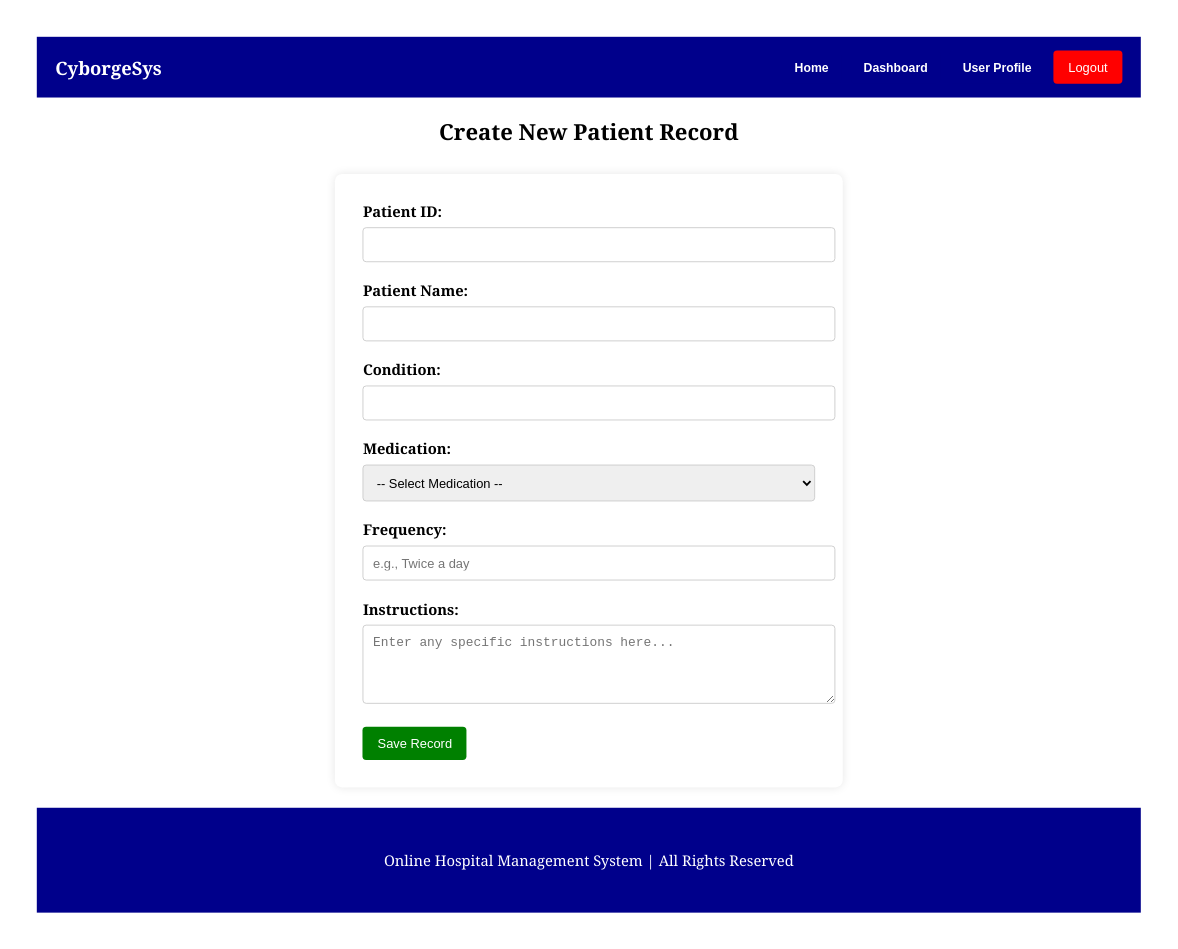
Repository: BinuriJ/HospitalSystem
Page: http://localhost/CyborgSys/DocDashCreate.jsp
These files come from the project's save history. The page is drawn as it stood at one moment and after the next save; the edit follows.
The browser window is 1280 px wide. The pictures show the whole page, at 92% of full size.
The page is served by Tomcat 9.

Above is the page before, as saved 2025-05-10 05:54:49.

### CyborgSys/WebContent/DocDashCreate.jsp
<%@ page language="java" contentType="text/html; charset=UTF-8"
    pageEncoding="UTF-8"%>
<!DOCTYPE html>
<%@ include file="DocterDashboardstyles.jsp" %>
<html>
<head>
<meta charset="UTF-8">
<title>Create new record</title>
<style>
    	<jsp:include page="footerCss.jsp" />
</style>
</head>

<body>

<jsp:include page="header.jsp" />

<h2>Create New Patient Record</h2>

<form action="submitRecord.jsp" method="post">
    <label for="patientId">Patient ID:</label>
    <input type="text" id="patientId" name="patientId" required>

    <label for="patientName">Patient Name:</label>
    <input type="text" id="patientName" name="patientName" required>

    <label for="condition">Condition:</label>
    <input type="text" id="condition" name="condition" required>

    <label for="medication">Medication:</label>
    <select id="medication" name="medication" required>
        <option value="">-- Select Medication --</option>
        <option value="Paracetamol">Paracetamol</option>
        <option value="Ibuprofen">Ibuprofen</option>
        <option value="Amoxicillin">Amoxicillin</option>
        <option value="Azithromycin">Azithromycin</option>
    </select>

    <label for="frequency">Frequency:</label>
    <input type="text" id="frequency" name="frequency" placeholder="e.g., Twice a day" required>

    <label for="instructions">Instructions:</label>
    <textarea id="instructions" name="instructions" rows="4" cols="40" placeholder="Enter any specific instructions here..."></textarea>

    <button class="btn btn-submit" type="submit">Save Record</button>
</form>

<br>

 <jsp:include page="footer.jsp" />

</body>
</html>

### CyborgSys/WebContent/DocterDashboardstyles.jsp
<style>
body {
    font-family: Cambria, sans-serif;
    padding: 40px;
    margin: 0;
    background-color: white;
}

.top-bar {
    background-color: darkblue;
    color: white;
    padding: 15px 20px;
    display: flex;
    justify-content: space-between;
    align-items: center;
}

.container {
    padding: 20px;
}

.header {
    display: flex;
    justify-content: space-between;
    align-items: center;
    margin-bottom: 20px;
}

.btn {
    padding: 10px 16px;
    border: none;
    border-radius: 4px;
    cursor: pointer;
    font-size: 14px;
}

.btn-create {
    background-color: green;
    color: white;
}

.btn-create:hover {
    background-color: darkgreen;
}

.btn-edit {
    background-color: green;
    color: white;
}

.btn-edit:hover {
    background-color: darkgreen;
}

.btn-delete {
    background-color: red;
    color: white;
}

.btn-delete:hover {
    background-color: darkred;
}

.btn-submit {
    background-color: green;
    color: white;
}

.btn-submit:hover {
    background-color: darkgreen;
}


table {
    width: 100%;
    border-collapse: collapse;
    background-color: white;
}

th, td {
    border: 1px solid #ddd;
    padding: 12px;
    text-align: center;
}

th {
    background-color: #f2f2f2;
}

.actions {
    display: flex;
    gap: 10px;
}

h2 {
    text-align: center;
    margin-bottom: 30px;
    color: black;
}

form {
    max-width: 500px;
    margin: 0 auto;
    background-color: white;
    padding: 30px;
    border-radius: 8px;
    box-shadow: 0 0 10px rgba(0,0,0,0.1);
}

label {
    display: block;
    margin-bottom: 6px;
    font-weight: bold;
    color: black;
}

input[type="text"],
select,
textarea {
    width: 100%;
    padding: 10px;
    margin-bottom: 20px;
    border: 1px solid #ccc;
    border-radius: 4px;
    font-size: 14px;
}

textarea {
    resize: vertical;
}








</style>

### CyborgSys/WebContent/footerCss.jsp
<style>

html, body {
    height: 100%; /* Make the html and body take full height of the viewport */
}

body {
    display: flex;
    flex-direction: column; /* Use flexbox to arrange content vertically */
    min-height: 100vh; /* Make body take the full height of the viewport */
}

.container {
    flex: 1; /* Let the main content expand to fill the available space */
}

footer {
    background-color: darkblue; /* Dark background for the footer */
    color: white; /* White text */
    padding: 10px 0; /* Padding for the footer */
    text-align: center; /* Center the footer text */
}

</style>

### CyborgSys/WebContent/header.jsp
<%@ page language="java" contentType="text/html; charset=UTF-8" pageEncoding="UTF-8"%>
<%@ include file="HeaderCss.jsp" %>
<!DOCTYPE html>
<html>
<head>
  <meta charset="UTF-8">
  <title>Common Header</title>
</head>
<body>

<div class="nav-header">
  <div class="logo">CyborgeSys</div>
  <div class="nav-buttons">
    <button class="header-btn">Home</button>
    <button class="header-btn">Dashboard</button>
    <button class="header-btn">User Profile</button>
    <button class="btn btn-logout">Logout</button>
  </div>
</div>

</body>
</html>

### CyborgSys/WebContent/HeaderCss.jsp
<style>
body {
  margin: 0;
  font-family: Cambria, sans-serif;
}

.nav-header {
  background-color: darkblue;
  padding: 15px 20px;
  display: flex;
  justify-content: space-between;
  align-items: center;
  color: white;
}

.logo {
  font-size: 20px;
  font-weight: bold;
}

.nav-buttons {
  display: flex;
  gap: 10px;
}

.header-btn {
  background-color: darkblue;
  color: white;
  border: none;
  padding: 8px 14px;
  border-radius: 4px;
  cursor: pointer;
  font-weight: bold;
}

.header-btn:hover {
  background-color: slategray;
}

.btn-logout {
  background-color: red;
  color: white;
}

.btn-logout:hover {
  background-color: darkred;
}
</style>

### CyborgSys/WebContent/footer.jsp
<!-- footer.jsp -->
<footer class="bg-dark text-light py-3">
    <div class="container text-center">
        <p>Online Hospital Management System | All Rights Reserved</p>
    </div>
</footer>

After the next save:
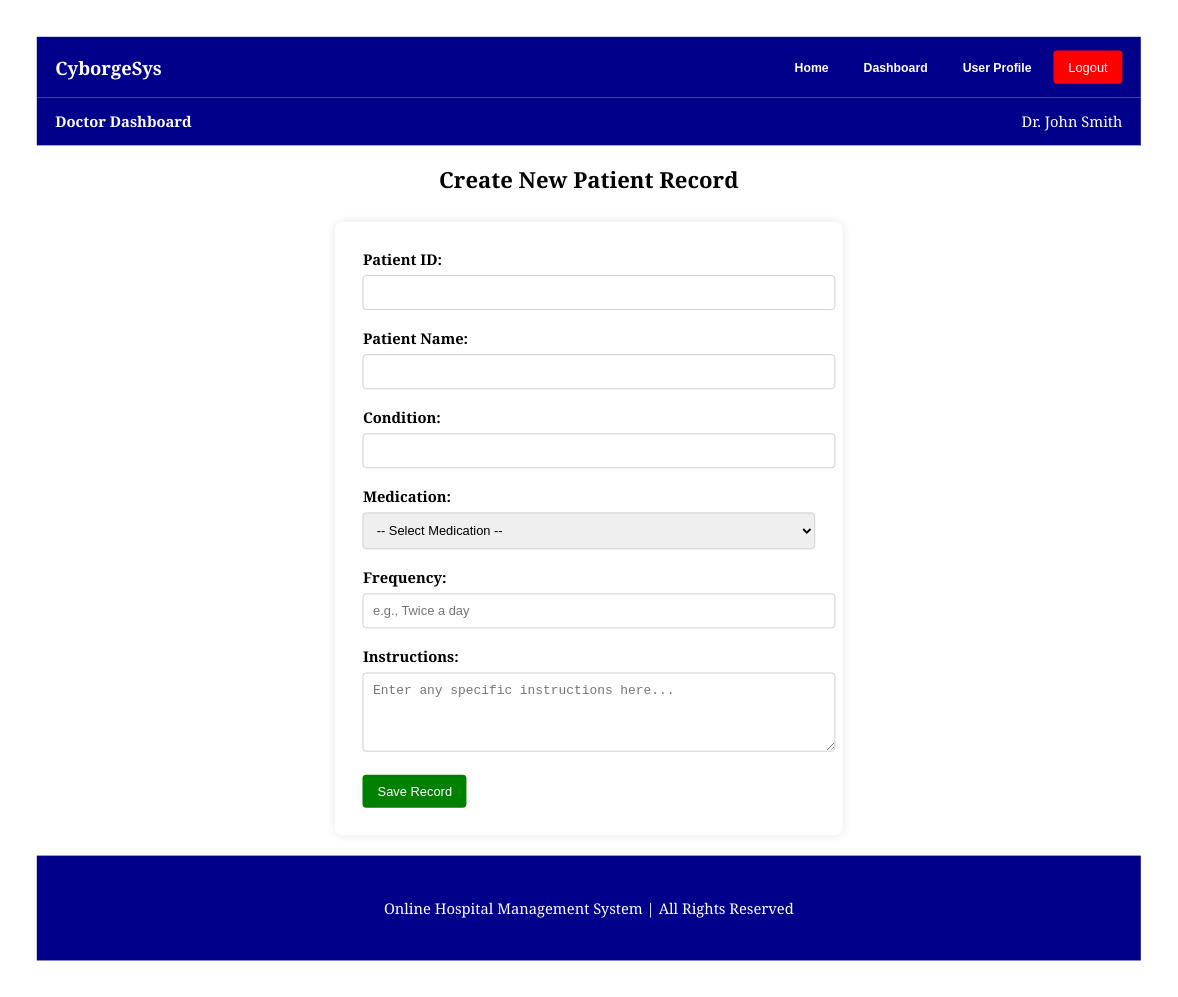
Saved 43 s later.
--- a/CyborgSys/WebContent/DocDashCreate.jsp
+++ b/CyborgSys/WebContent/DocDashCreate.jsp
@@ -14,6 +14,13 @@
 <body>
 
 <jsp:include page="header.jsp" />
+
+<div class="top-bar">
+    <div><strong>Doctor Dashboard</strong></div>
+    <div>
+        <span>Dr. John Smith</span>
+    </div>
+</div>
 
 <h2>Create New Patient Record</h2>
 
